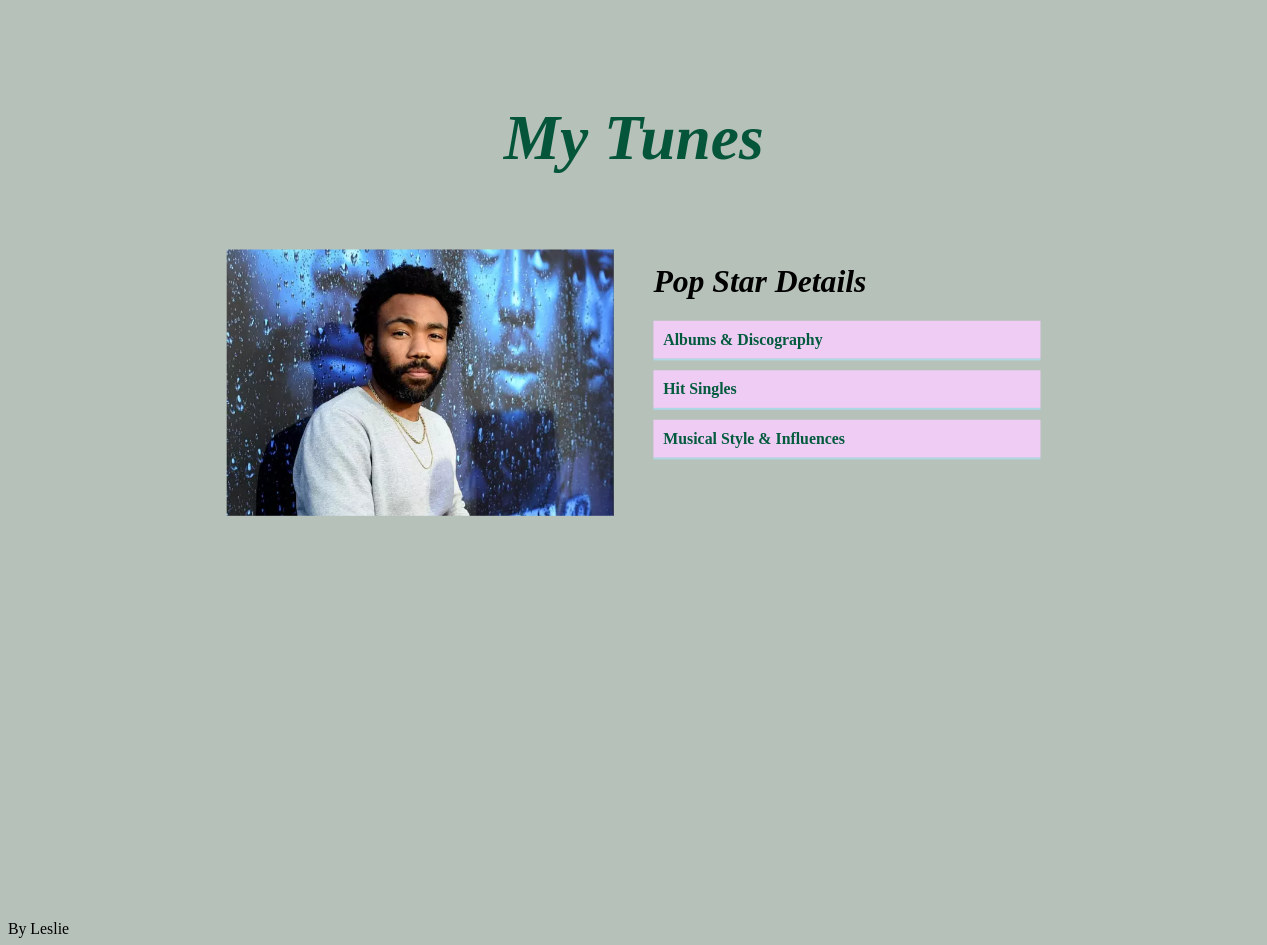
Repository: leslie179/labOne
Page: /
An editor plug-in stored every save of this project. The page is shown before and after the next save, followed by the edit.
The browser window is 1280 px wide. The pictures show the whole page, at 99% of full size.
The project was rebuilt for these pictures with package versions that can differ from the ones it lists, and the page was loaded fresh each time. The framework's server and built-in components were replaced by stand-ins that run in the browser. Also part of the build but not shown: next.config.js, components/Footer/Footer.module.css.

Above is the page before, as saved 2024-09-15 22:47:01.

### pages/index.js
import Head from 'next/head'
import styles from '@/styles/Home.module.css'
import Footer from '@/components/Footer'
import Header from '@/components/Header'
import LeftComponent from '@/components/LeftComponent'
import RightComponent from '@/components/RightComponent'

export default function Home() {
  return (
    <>
      <Head>
        <title>Create Next App</title>
        <meta name="description" content="Generated by create next app" />
        <meta name="viewport" content="width=device-width, initial-scale=1" />
        <link rel="icon" href="/favicon.ico" />
      </Head>
      <Header/>
      <main className={`${styles.main}`}>
      <div className={styles.container}>
      <div className={styles.left}>
                <LeftComponent />
            </div>
            <div className={styles.right}>
              <h1 className={styles.h1}>Pop Star Details</h1>
                <RightComponent />
            </div>
            </div>
      </main>
      <Footer/>
    </>
  )
}

### pages/api/ExampleOne.js
import { useEffect, useState } from "react"
import Header from "@/components/Header"
import Footer from "@/components/Footer"
import Head from "next/head"

export default function ExampleOne() {
    const [number, setNumber] = useState(0);

    /** usually this will cause an infinite loop
     * so it is best to not do this incase your code breaks
     * code on pages will run two times.
     * Once to render what we want and another is to
     * render strict mode to find any common bugs
    */

    useEffect(() => {
            console.log(number);
    })

    /**
     * useEffect only runs when the pages loads
     */

    return(
        <>
            <Header/>
            <main>
                <h1>Example 1</h1>
                <div>Infinite loop</div>
                {number}
        </main>
        <Footer/>
        </>

    )
}

### pages/api/ExampleTwo.js
import { useEffect } from "react"
import Footer from "@/components/Footer"
import Header from "@/components/Header"

export default function ExampleTwo() {
    // The [] makes sure the useEffect only runs once

    /**
     * code on pages will run two times.
     * Once to render what we want and another is to
     * render strict mode to find any common bugs
    */

    useEffect(() => {
        console.log("RUN");
    }, [])

        return(
            <>
            <Header/>
            <main>
                    <h1>Example 2</h1>
            </main>
            <Footer/>
        </>
    )
}

### styles/globals.css
:root {
  background-color: rgb(182, 193, 185);

}

a {
  color: inherit;
  text-decoration: none;

}

### styles/Home.module.css
.main {
  display: flex;
  flex-direction: column;
  justify-content: space-between;
  align-items: center;
  padding: 1rem;
  min-height: 20vh;
}

.container {
  display: flex;
  width: 70%;
  height: 100vh;

}

.left, .right {
  width: 50%;
  padding: 20px;
  box-sizing: border-box;
}



.h1{
  padding-top: 8%;
  font-style: italic;
}

### components/Footer/index.js
import styles from "./Footer.module.css"

export default function Footer() {
    return(
        <footer className={styles.Footer}>
            By Leslie
        </footer>
    )
}

### components/Header/index.js
import styles from './Header.module.css';


export default function Header() {
    return (
        <header className={styles.header}>
            <h1>My Tunes</h1>
        </header>
    );
}

### components/LeftComponent/index.js
import styles from './LeftComponent.module.css';

export default function LeftComponent() {
    return (
        <div>
            <img src="childish_icon.jpg" alt="Childish Icon" className={styles.image} />
        </div>
    );
}

### components/RightComponent/index.js
import { useState } from 'react';
import styles from './RightComponent.module.css';

export default function RightComponent() {
    const [activeIndex, setActiveIndex] = useState(null);

    const toggleAccordion = (index) => {
        setActiveIndex(activeIndex === index ? null : index);
    };

    const categories = [
        {
            title: 'Albums & Discography',
            content: '"Camp" \n"Because the Internet" \n"Awaken, My Love!"'
        },
        {
            title: 'Hit Singles',
            content: '"3005"\n "Redbone"\n "This Is America" which won Grammys for its cultural impact.'
        },
        {
            title: 'Musical Style & Influences',
            content: 'Blend of hip hop, soul, funk, and rock, drawing influence from Prince, OutKast, and more.'
        }
    ];

    return (
        <div className={styles.accordion}>
            {categories.map((category, index) => (
                <div key={index} className={styles.item}>
                    <div className={styles.title} onClick={() => toggleAccordion(index)}>
                        {category.title}
                    </div>
                    <div className={`${styles.content} ${activeIndex === index ? styles.show : ''}`}>
                        <p>{category.content.split('\n').map((line, i) => (
                            <span key={i}>{line}<br /></span>
                        ))}</p>
                    </div>
                </div>
            ))}
        </div>
    );
}

### components/Header/Header.module.css
.header {
    text-align: center;
    padding-top: 7.5%;
  }

  .header h1 {
    margin: 0;
    padding: 0;
    font-size: 4rem;
    font-style: italic;
    color: rgb(4, 85, 58);
  }

### components/LeftComponent/LeftComponent.module.css
.left {
    width: 50%;
    background-color: lightgray;
    padding: 20px;
    box-sizing: border-box;
    height: 100vh;
    float: left;
}

.image{
    width: 100%;
    padding-top: 10%;
}

### components/RightComponent/RightComponent.module.css
.right {
    width: 50%;
    padding: 20px;

    box-sizing: border-box;
    height: 100vh;
    float: right;
}


.item {
    border-bottom: 2.5px solid lightblue;
    margin-bottom: 10px;
}

.title {
    cursor: pointer;
    padding: 10px;
    background-color: #eeccf4;
    color: rgb(3, 91, 62);
    font-weight: bold;
}

.content {
    max-height: 0;
    overflow: hidden;
    transition: max-height 0.3s ease-out;
}

.show {
    max-height: 100px;
}

Loaded but not shown: pages/_app.js (common file); pages/_document.js (common file); pages/api/hello.js (common file)

After the next save:
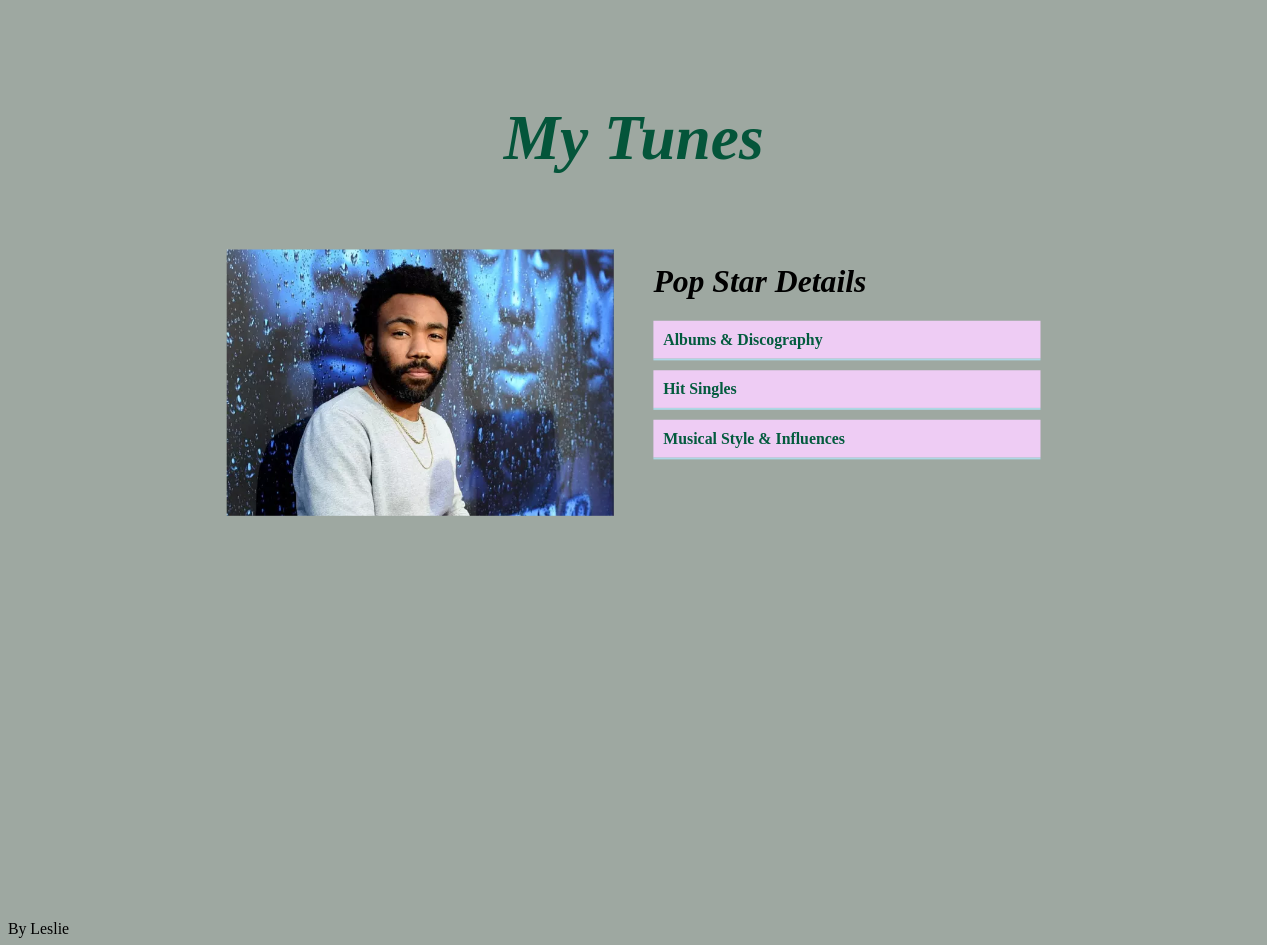
Saved 6 s later.
--- a/styles/globals.css
+++ b/styles/globals.css
@@ -1,5 +1,5 @@
 :root {
-  background-color: rgb(182, 193, 185);
+  background-color: rgb(158, 168, 161);
 
 }
 
